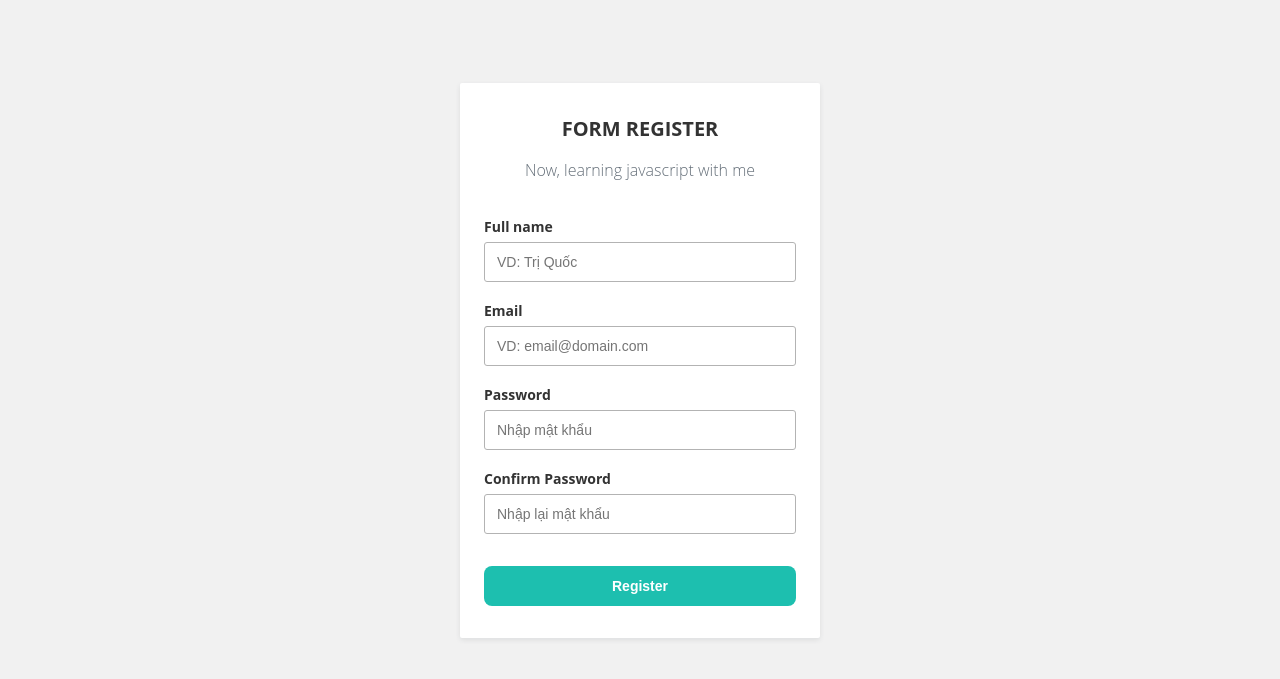
Repository: quoctri2008/test1
Page: register.html
These files come from the project's save history. The page is drawn as it stood at one moment and after the next save; the edit follows.
The browser window is 1280 px wide. The pictures show the whole page.

Above is the page before, as saved 2021-09-09 16:38:30.

After the next save:
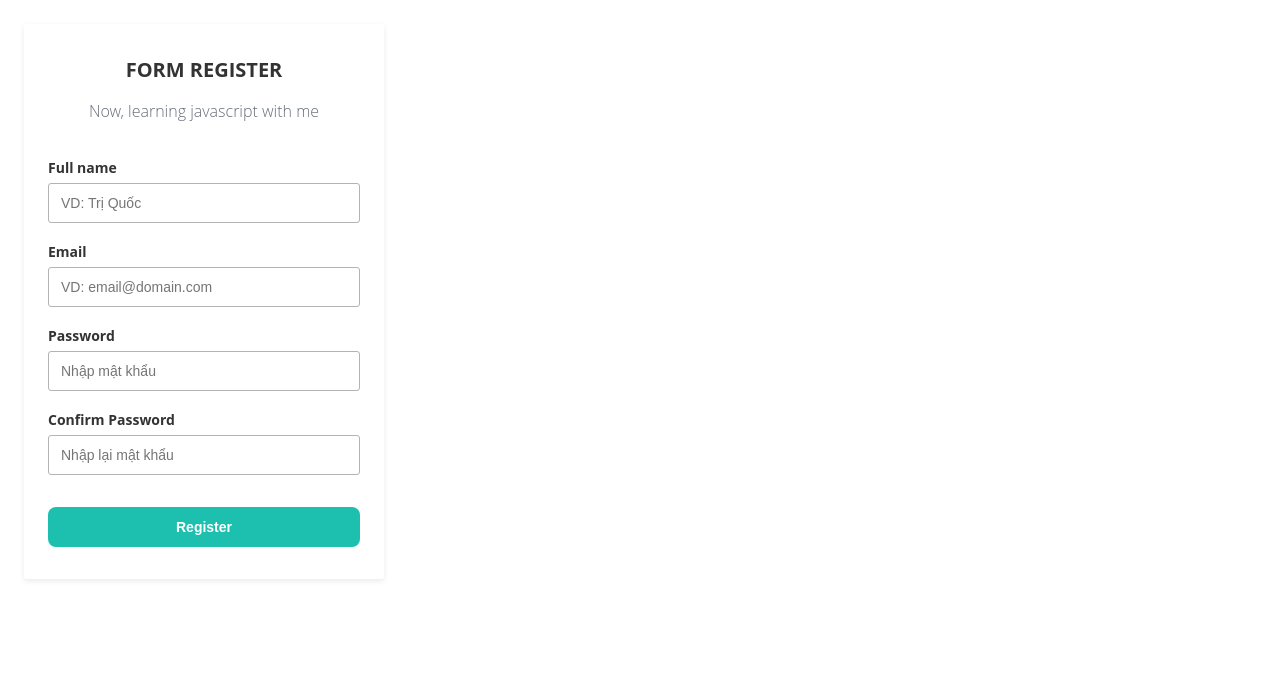
Saved 13 s later.
--- a/register.html
+++ b/register.html
@@ -20,7 +20,7 @@
     <link rel="stylesheet" href="./css/register.css" />
   </head>
   <body>
-    <div class="main">
+    <div class="register">
       <form action="" method="POST" class="form" id="form-1">
         <h3 class="heading">Form Register</h3>
         <p class="desc">Now, learning javascript with me</p>

After the 3 saves that followed:
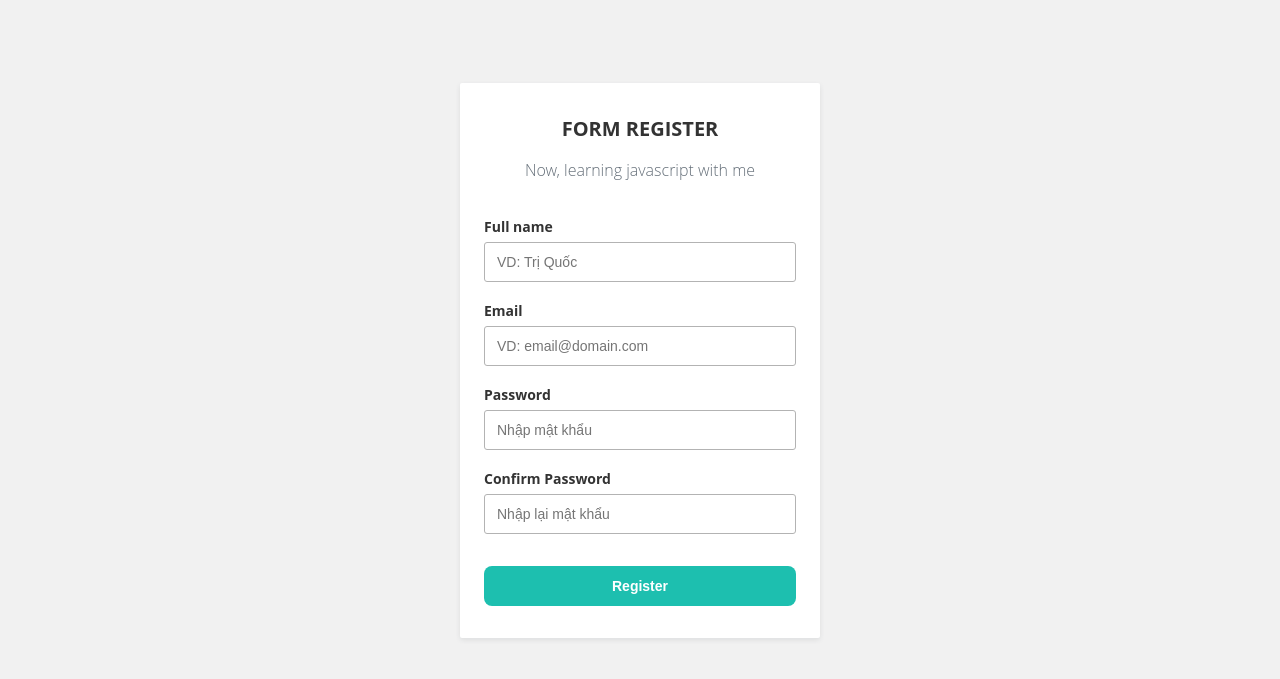
The 3 saves are shown as one change because 2 left the picture as it was.
The last was saved 5 min 9 s later.
--- a/register.html
+++ b/register.html
@@ -20,7 +20,7 @@
     <link rel="stylesheet" href="./css/register.css" />
   </head>
   <body>
-    <div class="register">
+    <div class="main">
       <form action="" method="POST" class="form" id="form-1">
         <h3 class="heading">Form Register</h3>
         <p class="desc">Now, learning javascript with me</p>
@@ -75,7 +75,7 @@
           <span class="form-message"></span>
         </div>
 
-        <button class="form-submit">Register</button>
+        <button class="form-submit" type="submit">Register</button>
       </form>
     </div>
     <script src="./js/register.js"></script>
--- a/js/register.js
+++ b/js/register.js
@@ -1 +1 @@
-const register = document.getElementsByClassName("main");
+const register = document.getElementsByClassName("register");
